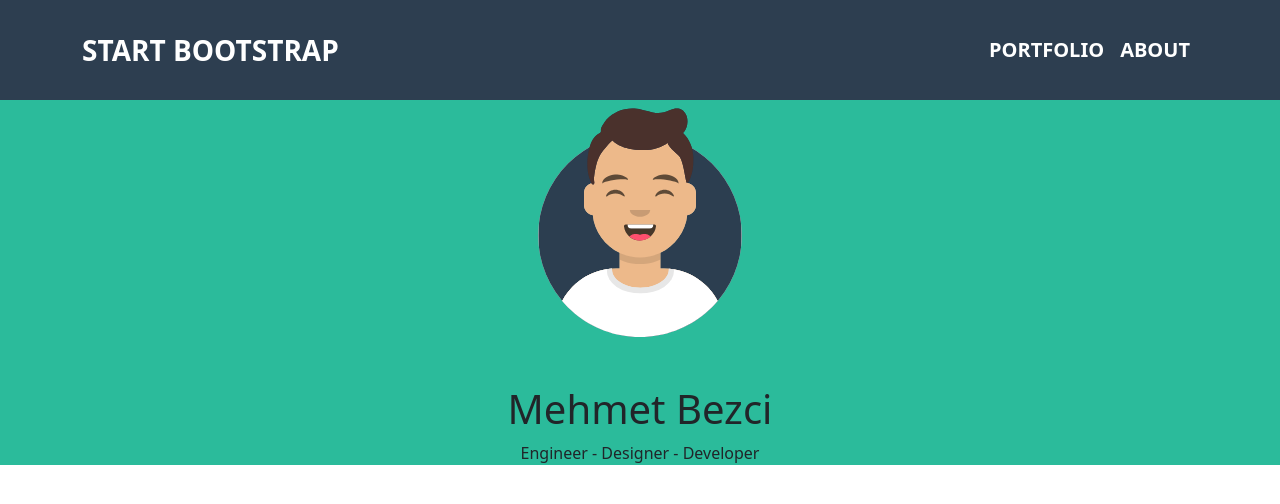
Repository: 7JaxeN7/WT-1255P-Mehmet_BEZC-
Page: index.html
An editor plug-in stored every save of this project. The page is shown before and after the next save, followed by the edit.
The browser window is 1280 px wide. The pictures show the whole page.

Above is the page before, as saved 2025-01-06 21:08:39.

### index.html
<!DOCTYPE html>
<html lang="tr">

<head>
  <meta charset="UTF-8">
  <meta name="viewport" content="width=device-width, initial-scale=1.0">
  <link rel="stylesheet" href="style.css">
  <link href="https://cdn.jsdelivr.net/npm/bootstrap@5.3.3/dist/css/bootstrap.min.css" rel="stylesheet"
    integrity="sha384-QWTKZyjpPEjISv5WaRU9OFeRpok6YctnYmDr5pNlyT2bRjXh0JMhjY6hW+ALEwIH" crossorigin="anonymous">
  <title>Start Bootstrap</title>
</head>

<body>
  <!-- Navbar -->
  <header>
    <nav class="navbar navbar-expand-lg navbar-bg">
      <div class="container pt-3 pb-3">
        <a class="navbar-brand text-white fw-bolder fs-3" href="#">START BOOTSTRAP</a>
        <button class="navbar-toggler" type="button" data-bs-toggle="collapse" data-bs-target="#navbarNav"
          aria-controls="navbarNav" aria-expanded="false" aria-label="Toggle navigation">
          <span class="navbar-toggler-icon"></span>
        </button>
        <div class="collapse navbar-collapse" id="navbarNav">
          <ul class="navbar-nav ms-auto">
            <li class="nav-item">
              <a class="nav-link text-white fw-bolder fs-5" href="#">PORTFOLIO</a>
            </li>
            <li class="nav-item">
              <a class="nav-link text-white fw-bolder fs-5" href="#">ABOUT</a>
            </li>
          </ul>
        </div>
      </div>
    </nav>
  </header>
  <!-- Herosection -->
   <div class="herosection-bg">
    <div class="container text-center">
      <img src="/assets/img/avataaars.svg" width="20%"/>
    <h1 class="mt-5">Mehmet Bezci</h1>
    <p>Engineer - Designer - Developer</p>
    </div>
   </div>
  <!-- Burası bootstrap script kısmı -->
  <script src="https://cdn.jsdelivr.net/npm/bootstrap@5.3.3/dist/js/bootstrap.bundle.min.js"
    integrity="sha384-YvpcrYf0tY3lHB60NNkmXc5s9fDVZLESaAA55NDzOxhy9GkcIdslK1eN7N6jIeHz"
    crossorigin="anonymous"></script>
</body>

</html>

### style.css
.navbar-bg {
  background-color: #2d3e50 !important;
}
.herosection-bg{
    background-color: #2bbb9b ;
}

After the next save:
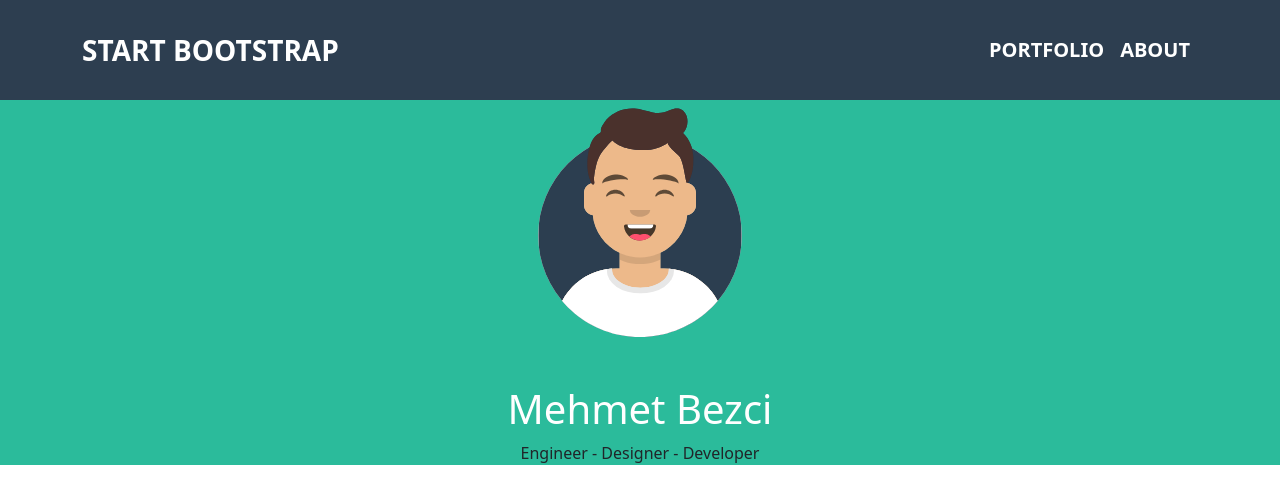
Saved 21 s later.
--- a/index.html
+++ b/index.html
@@ -37,7 +37,7 @@
    <div class="herosection-bg">
     <div class="container text-center">
       <img src="/assets/img/avataaars.svg" width="20%"/>
-    <h1 class="mt-5">Mehmet Bezci</h1>
+    <h1 class="mt-5 text-white">Mehmet Bezci</h1>
     <p>Engineer - Designer - Developer</p>
     </div>
    </div>
